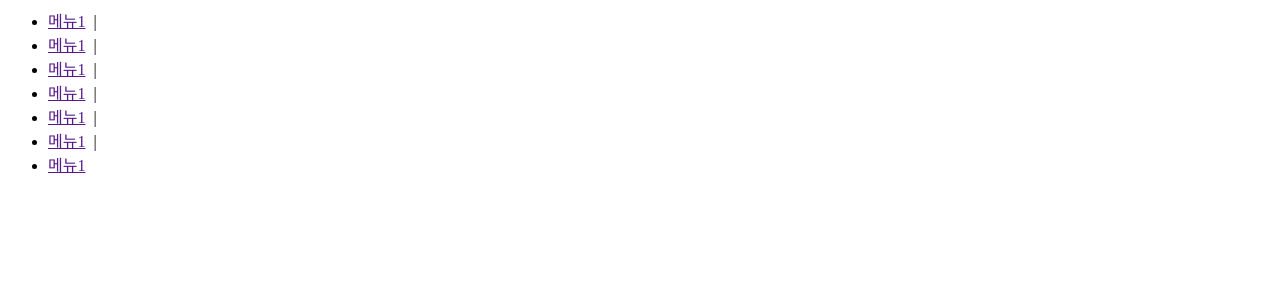
Repository: dev-sean/kosta
Page: http://localhost/jsp_1104/ex1_bottom.jsp
An editor plug-in stored every save of this project. The page is shown before and after the next save, followed by the edit.
The browser window is 1280 px wide. The pictures show the whole page.
The page is served by Tomcat 9.

Above is the page before, as saved 2014-11-04 02:16:29.

After the next save:
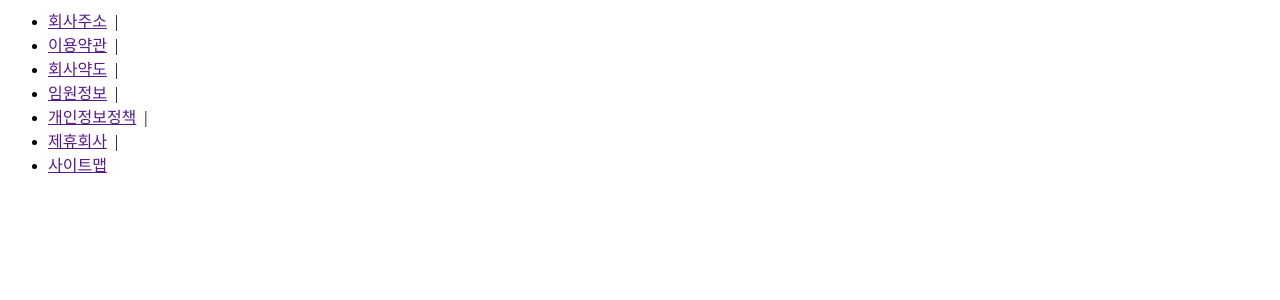
Saved 52 s later.
--- a/jsp/jsp_1104/WebContent/ex1_bottom.jsp
+++ b/jsp/jsp_1104/WebContent/ex1_bottom.jsp
@@ -3,13 +3,13 @@
 <footer>
 	<nav>
 		<ul>
-			<li><a href="">메뉴1</a>&nbsp; |</li>
-			<li><a href="">메뉴1</a>&nbsp; |</li>
-			<li><a href="">메뉴1</a>&nbsp; |</li>
-			<li><a href="">메뉴1</a>&nbsp; |</li>
-			<li><a href="">메뉴1</a>&nbsp; |</li>
-			<li><a href="">메뉴1</a>&nbsp; |</li>
-			<li><a href="">메뉴1</a></li>
+			<li><a href="">회사주소</a>&nbsp; |</li>
+			<li><a href="">이용약관</a>&nbsp; |</li>
+			<li><a href="">회사약도</a>&nbsp; |</li>
+			<li><a href="">임원정보</a>&nbsp; |</li>
+			<li><a href="">개인정보정책</a>&nbsp; |</li>
+			<li><a href="">제휴회사</a>&nbsp; |</li>
+			<li><a href="">사이트맵</a></li>
 		</ul>
 	</nav>
 </footer>
